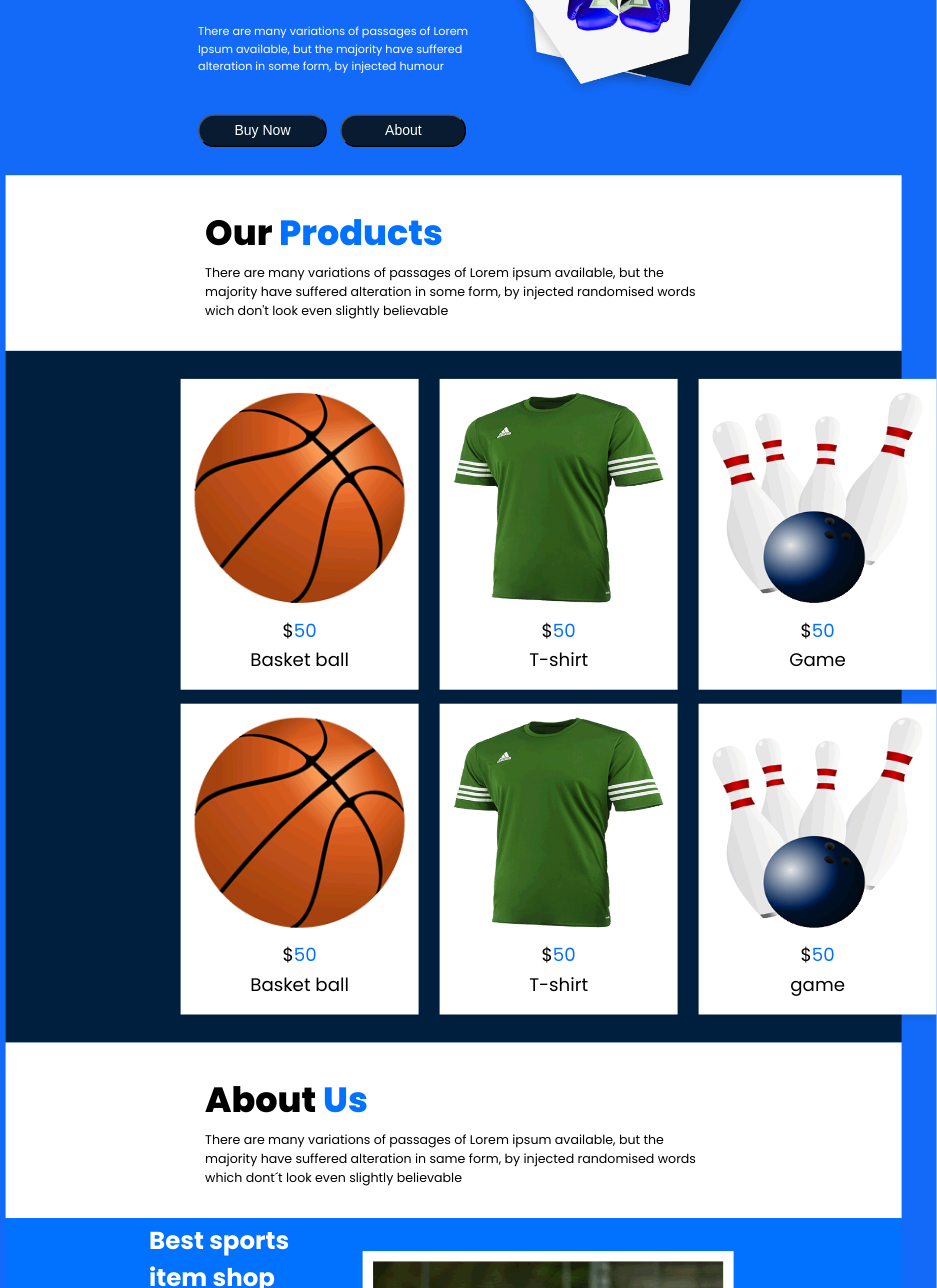
Repository: Vinicius9922/Projeto-Web
Page: index.html
These files come from the project's save history. The page is drawn as it stood at one moment and after the next save; the edit follows.
The browser window is 1280 px wide. The page is 1338 px wide, so the pictures cover 1338 px, including what lies to the right of the window. The pictures show the part of the page from y = 386 to 2226 px (the page is 4885 px tall before and 4778 px after), at 70% of full size.

Above is the page before, as saved 2024-12-14 13:33:18.

### index.html
<!DOCTYPE html>
<html>

<head>
    <meta charset="UTF-8">
    <meta name="viewport" content="width=device-width, initial-scale=1.0">
    <link rel="stylesheet" href="index.css">
    <link rel="preconnect" href="https://fonts.googleapis.com">
    <link rel="preconnect" href="https://fonts.gstatic.com" crossorigin>
    <link
        href="https://fonts.googleapis.com/css2?family=Lora:ital,wght@0,400..700;1,400..700&family=Poppins:ital,wght@0,100;0,200;0,300;0,400;0,500;0,600;0,700;0,800;0,900;1,100;1,200;1,300;1,400;1,500;1,600;1,700;1,800;1,900&display=swap"
        rel="stylesheet">
    <title>Index</title>
</head>

<body class="main-layout">
    <header>
        <div class="header">
            <div class="container">
                <div class="logo"><img src="img/logo.png" alt="logo"></div>
                <div class="navBar">
                    <nav>
                        <ul class="menuNav">
                            <li>HOME</li>
                            <li>ABOUT</li>
                            <li>TESTMONIAL</li>
                            <li>SHOP</li>
                            <li>CONTACT US</li>
                            <li><img id="lupa" src="img/search_icon.png"></li>
                        </ul>
                    </nav>
                </div>
            </div>
        </div>
    </header>
    <section>
        <div class="container">
            <div class="carroussel">
                <div class="textCarroussel">
                    <h1>Welcome to <strong class="color">Our Shop</strong></h1>
                    <p>There are many variations of passages of Lorem Ipsum available, but the majority have
                        suffered
                        alteration in some form, by injected humour</p>
                    <button class="botao-carrossel">Buy Now</button>
                    <button class="botao-carrossel">About</button>
                </div>
            </div>
            <div class="img-carroussel">
                <div>
                    <figure><img id="img-carroussel" src="img/boksing-gloves.png" alt="img" /></figure>
                </div>
            </div>
        </div>
    </section>

    <div class="parte branca">
        <h1>Our <span>Products</span></h1>
        <p>There are many variations of passages of Lorem ipsum available, but the majority have suffered alteration in
            some form, by injected randomised words wich don't look even slightly believable</p>
    </div>

    <div class="container3">

        <div class="imagem1">
            <img src="img/basketball.png" alt="bola">
            <p>$<span class="valor">50</span></p>
            <p class="p1">Basket ball</p>
        </div>
        <div class="imagem2">
            <img src="img/t-shirt.png" alt="camiseta">
            <p>$<span class="valor">50</span></p>
            <p class="p1">T-shirt</p>
        </div>
        <div class="imagem3">
            <img src="img/game.png" alt="game">
            <p>$<span class="valor">50</span></p>
            <p class="p1">Game</p>
        </div>
        <div class="imagem4">
            <img src="img/basketball.png" alt="bola">
            <p>$<span class="valor">50</span></p>
            <p class="p1">Basket ball</p>
        </div>
        <div class="imagem5">
            <img src="img/t-shirt.png" alt="camiseta">
            <p>$<span class="valor">50</span></p>
            <p class="p1">T-shirt</p>
        </div>
        <div class="imagem6">
            <img src="img/game.png" alt="game">
            <p>$<span class="valor">50</span></p>
            <p class="p1">game</p>
        </div>

    </div>
    <div class="branca2">
        <h1> About <span>Us</span></h1>
        <p>There are many variations of passages of Lorem ipsum available, but the majority have suffered alteration in
            same form, by injected randomised words which dont´t look even slightly believable</p>
    </div>

    <div class="shield">
        <div class="texto-shield">
            <h1 class="textobranco">Best sports item shop our</h1>
            <p class="p2">There are many variations of passages of Lorem Ipsum available, but the majority have suffered
                alteration in some form, by injected randomised words which don't look even slightly believableThere are
                many variations of passages of Lorem Ipsum available, but the majority have suffered alteration in some
                form, by injected randomised words which don't look even slightly believable</p>

            <div class="btn_main">
                <a class="botao" href="#" role="button">Read More</a>
            </div>
        </div>
        <div class="child">
            <figure><img src="img/child-image.png">
            </figure>
        </div>
    </div>

    <!-- aaaaaaaaaaaaaaaaaaaa -->
    <div class="testimonial-contato">
        <div class="testominal">
            <h2> Testmonial</h2>
            <span>available, but the majority have suffered alteration in some form, by
                injected randomised words which don't look even slightly believable</span>
        </div>

        <div class="Jao">
            <div class="john_image"><img src="img/john-image.png"></div>
            <div class="john_text"><span class="name">JOHN DUE</span><span class="role">(ceo)</span></div>
            <p class="texto-generico">It is a long established fact that a reader will be distracted by the readable
                content of a page when looking at its layout. The point of using Lorem Ipsum is that it has a
                more-or-less normal distribution of letters, asIt is a long established fact that a reader will be
                distracted by the readable content of a page when looking at its layout. The point of using Lorem Ipsum
                is that it has a more-or-less normal distribution of letters, as </p>
            <div class="icon_image"><img src="img/icon-1.png"></div>
        </div>

        <div class="Contato">
            <h2><span class="contact">Contact</span><span class="us"> Us</span></h2>
            <span class="contact-text">available, but the majority have suffered alteration in some form, by
                injected randomised words which don't look even slightly believable</span>
        </div>
    </div>


    <!-- aaaaaaaaaaaaaaaaaaaa -->



    <div class="container2">
        <div class="formulario">
            <div class="box-left">
                <div class="soc">soC</div>
            </div>
            <div class="box-right">
                <form>
                    <div class="grupo-form">
                        <input type="text" class="form" placeholder="Name" name="Name">
                    </div>
                    <div class="grupo-form">
                        <input type="email" class="form" placeholder="Email" name="Email">
                    </div>
                    <div class="grupo-form">
                        <input type="text" class="form" placeholder="Phone" name="Phone">
                    </div>
                    <div class="grupo-form">
                        <input type="text" class="form" placeholder="Massage" name="mensagem">
                    </div>
                    <div class="send-button">
                        <button type="submit" class="botao-env">Send</button>
                    </div>
                </form>
            </div>
        </div>
        <div class="box-down">
            <div class="text-news">
                <h2 class="Newsletter">Newsletter</h2>
                <p class="text-newsletter">It is a long established fact that a reader will be distracted a</p>
            </div>
            <div class="email-news">
                <input type="email" class="news-email" placeholder="Enter your email" name="Email">
            </div>
            <div class="Subscribe">
                <button class="subs-button" type="Subscribe">Subscribe</button>
            </div>
        </div>

        <div class="footer">
            <div>
                <div>
                    <div>
                        <div class="titulo">
                            <h2 class="titulo_texto">Address</h2>
                        </div>
                    </div>
                </div>
            </div>
            <div class="endereco">
                <div>
                    <div class="icones">
                        <div class="site_info">
                            <div class="img-icon">
                                <span class="info_icon"><img src="img/map-icon.png" /></span>
                            </div>
                            <span>No.123 Chalingt Gates, Supper market New York</span>
                        </div>
                    </div>
                    <div class="icones">
                        <div class="site_info">
                            <div class="img-icon">
                                <span class="info_icon"><img src="img/phone-icon.png" /></span>
                            </div>
                            <span>( +71 7986543234 )</span>
                        </div>
                    </div>
                    <div class="icones">
                        <div class="site_info">
                            <div class="img-icon">
                                <span class="info_icon"><img src="img/email-icon.png" /></span>
                            </div>
                            <span>demo@gmail.com</span>
                        </div>
                    </div>
                </div>
            </div>

            <div class="menu_main">
                <div class="menu_text">
                    <ul>
                        <li>Home</li>
                        <li>About</li>
                        <li>Testmonial</li>
                        <li>Shop</li>
                        <li>Contact Us</li>
                    </ul>
                </div>
            </div>
        </div>
        <div class="last-info">
            <div class="trademark">
                <p>© 2019 All Rights Reserved. Design by Free Html Templates</p>
            </div>
        </div>
    </div>

</body>

</html>

### index.css
@import url('https://fonts.googleapis.com/css2?family=Lora:ital,wght@0,400..700;1,400..700&family=Poppins:ital,wght@0,100;0,200;0,300;0,400;0,500;0,600;0,700;0,800;0,900;1,100;1,200;1,300;1,400;1,500;1,600;1,700;1,800;1,900&display=swap');

body {
    width: 100%;
    font-family: Poppins, normal;
    background-color: #136af8;
    background: linear-gradient(to bottom, #136af8 90%, #081b30 90%, #081b30 98%, #136af8 98% );
}

/* Ajustes da Navbar superior */
.container {
    display: flex;
    align-items: center;
    justify-content: space-between;
    margin: 40px 200px;
}

li:hover {
    text-decoration: underline;
    cursor: pointer;
    font-weight: bolder;
}

ul {
    color: white;
    list-style-type: none;
    display: flex;
    margin: 0;
    padding: 0;
    gap: 40px;
    font-weight: 500;
}

#lupa {
    margin-left: 20px;
}

.logo {
    margin-left: 60px;
}

/* Ajuste na imagem das luvas, botões e textos  */
section {
    display: flex;
}

.textCarroussel {
    text-align: left;
    margin-left: 60px;
    padding-left: 15px;
}

.textCarroussel p,
strong {
    color: white;
}

.color {
    font-weight: bolder;
}

.textCarroussel h1 {
    font-family: Poppins;
    font-weight: bold;
    font-size: 65px;
    line-height: 74px;
    color: #081b30;
}

.textCarroussel p {
    font-size: 16px;
}

button {
    min-width: 180px;
    color: white;
    background-color: #081b30;
    padding: 10px 50px;
    border-radius: 30px;
    display: inline-block;
    font-size: 20px;
    margin-top: 40px;
    cursor: pointer;
}

button:hover {
    background-color: #032b58;
}

button+button {
    margin-left: 15px;
}

#img-carroussel {
    max-width: 110%;
    height: auto;
    display: block;
}


.parte.branca {
    background-color: white;
    text-align: center;
    padding: 40px 280px;
}

.parte.branca h1 {
    font-size: 50px;
    color: black;
    text-align: left;
    font-weight: 800;
    margin: 5px;
}

.parte.branca h1 span {
    color: #0072ff;

}

.parte.branca p {
    font-size: 18px;
    margin-top: 10px;
    text-align: left;
    font-weight: 400;
    margin: 5px;
}

/* Grade de produtos */
.container3 {
    display: grid;
    grid-template-columns: repeat(3, 1fr);
    gap: 20px;
    column-gap: 30px;
    padding-left: 250px;
    padding-right: 250px;
    padding-top: 40px;
    padding-bottom: 40px;
    background-color: #001f3f;
}


.container3 div {
    text-align: center;
    background-color: white;
    padding: 20px;
    box-shadow: 0 5px 10px rgba(0, 0, 0, 0.1);
}

.container3 img {
    width: 300px;
    height: 300px;
    margin-bottom: 10px;
}

.container3 div .valor {
    margin: 5px 0;
    font-size: 26px;
    color: #0072ff
}

.container3 div p {
    font-size: 26px;
    color: black;
    margin: 3px;
}

/* Sessão "About Us" */
.branca2 {
    background-color: white;
    text-align: left;
    padding: 40px 280px;
}

.branca2 h1 {
    font-size: 50px;
    color: black;
    text-align: left;
    font-weight: 800;
    margin: 5px;
}

.branca2 h1 span {
    color: #0072ff;
}

.branca2 p {
    font-size: 18px;
    margin-top: 10px;
    text-align: left;
    font-weight: 400;
    margin: 5px;
}

/* Sessão "Best sports item shop our" */
.shield {
    display: flex;
    justify-content: space-between;
    align-items: center;
    background-color: #0072ff;
    color: white;
    padding-left: 200px;
    padding-right: 200px;
    gap: 20px;
}

.texto-shield {
    text-align: left;
}

.shield h1 {
    font-size: 35px;
    color: rgb(255, 255, 255);
    text-align: left;
    font-weight: 700;
    margin: 5px;
}

.shield .p2 {
    font-size: 16px;
    margin-top: 10px;
    text-align: left;
    font-weight: 300;
    margin-bottom: 50px;
}

.btn_main .botao {
    text-decoration: none;
    background-color: black;
    color: white;
    padding: 10px 20px;
    border-radius: 30px;
    font-size: 17px;
    transition: 0.5s ease, color 0.4s ease 0.1s;
}

.botao:hover {
    background-color: #fbfbfb;
    color: black;
}

.child {
    margin: 0px;
}

.child img {
    height: 500px;
    width: 500px;
    display: flex;
    border: 15px solid #fff;
}

/* aaaaaaaaaaaaaaaaaaaaaaaaaaaaa */



.testimonial-contato {
    background-color: white;
    text-align: center;
    padding: 40px 280px;
 }


.testimonial {
    text-align: center;
    padding: 50px;
    color: white;
    width: 100%;
    border-radius: 10px;
    margin-bottom: 30px;
}

.testominal h2 {
    font-size:2.5em;
    margin-bottom: 20px;

}

.testimonial span {
    font-size: 1.2em;
    color: #f0f0f0;
}

.Jao {
    display: flex;
    flex-direction: column;
    align-items: center;
    margin-top: 30px;
    background-color: #136af8; /* Blue background */
    padding: 30px;
    box-shadow: 0px 8px 20px rgba(0, 0, 0, 0.2);
    color: white;
    width: 100%;
    margin-bottom: 30px;
}

.john_image img {
    width: 180px;
    height: 180px;
    border-radius: 50%;
    margin-bottom: 20px;
}

.john_text .name {
    font-size: 1.5em;
    color:black;
    font-weight: 500;
}

.john_text .role {
    font-style: italic;
    font-size: 1.0em;
    display:block;
}

.texto-generico {
    font-size: 0.9em;
    color: #fff;
    text-align: center;
    font-style: italic;
    margin-top: 20px;
}

.icon_image img {
    width: 35px;
    height: 35px;
    margin-top: 20px;
}

.Contato {
    text-align: center;
    padding: 30px;
    width: 100%;
    border-radius: 10px;
}

.Contato .contact {
    font-size: 2.5em;
    margin-bottom: 20px;
    font-weight: 700;
}

.Contato .us {
    font-size: 2.5em;
    margin-bottom: 20px;
    color:#0072ff;
    font-weight: 700;
}

.Contato .contact-text {
    font-size: 1.0em;
}












.container2 {
    display: flex;
    align-items: center;
    justify-content: space-between;
    margin: 30px 100px;
    flex-direction: column;
}

.formulario {
    flex: auto;
    display: flex;
    justify-content: space-between;
    align-items: center;
    border-radius: 10px;
    padding: 40px;
    justify-content: center;
    gap: 40px;
    background-image: url('img/contact-banner.png');
}

.grupo-form {
    width: 100%;
    padding: 15px;
    margin-bottom: 10px;
    border-bottom: 1px solid #ccc;
}

form {
    display: flex;
    flex-direction: column;
    align-items: center;
    width: 460px;
    height: 360px;
}

.form {
    border: none;
    width: 100px;
    margin: 0px;
}

.box-left {
    background-color: #081b30;
    color: white;
    text-align: center;
    font-family: apple;
    font-size: 180px;
    padding: 10% 10%;
    padding: 120px;
}

.box-right {
    height: auto;
    background-color: #f2f2f2;
    background-image: url('img/boll_bg.png');
    padding: 40px 30px;
}

.box-left,
.box-right {
    width: 50%;
}

input {
    border: none;
    outline: none;
    width: 100%;
}

input,
textarea {
    font-family: Poppins, normal;
    color: #a4a0a0;
    width: 100%;
}

.box-down {
    display: flex;
    align-items: row;
    background-color: #081b30;
    color: white;
    width: 1150px;
    box-shadow: 5px 5px 10px 0 rgba(0, 0, 0, 0.9);
}

.text-news {
    display: flex;
    flex-direction: column;
    max-width: 300px;
    padding-left: 35px;
    font-size: 12px;
    padding: 35px;
}

.Newsletter {
    margin: 1px;
    font-size: 20px;
}

.text-newsletter {
    font-size: 15px;
}

.email-news {
    display: flex;
    align-items: center;
    height: 172px;
}

.Subscribe {
    display: flex;
    align-items: center;
    height: 132px;
}

.news-email {
    padding: 9px;
    font-size: 14px;
    border: 1px solid #ccc;
    border-radius: 25px 0 0 25px;
    width: 500px;
    height: 41px;
    box-sizing: border-box;
}

.subs-button {
    font-size: 18px;
    color: white;
    background-color: #007BFF;
    border: none;
    border-radius: 0 25px 25px 0;
    cursor: pointer;
    height: 42px;

}

.subs-button:hover {
    background-color: #0056b3;
}


.footer{
    font-size: 18px;
    margin-top: 10px;
    text-align: center;
    font-weight: 400;
    margin: 5px;
}

.titulo_texto{
    color:white;
    text-decoration-line: underline;
    text-decoration-color: #0056b3;
    text-underline-offset: 20px;
    font-weight:400;
}

.endereco > div {
    display: flex;
    gap: 100px;
    align-items: center;
}

.icones {
    display: flex;
    align-items: center;
    gap: 10px;
    color:white;
}

.info_icon img {
    width: auto;
    height: auto;
    background-color:white;
    border-radius: 10px;
    padding: 20px;
    display: block;
}

.site_info {
    display: flex;
    align-items: center;
}

.site_info span {
    line-height: 1.2;
    font-size: 16px;

}
.img-icon {
    display: flex;
    align-items: center;
    justify-content: center;
    width: 50px;
    height: 50px;
    background-color: white;
    border-radius: 10px;
    margin:30px;
}

.menu_text ul{
    font-size: 14px;
    text-align: center;
    padding:0px 00px 0px 350px;
    align-items:center;
    margin-bottom: 15px;

}

.menu_text li:hover{
    color:#0072ff;
    cursor: pointer;
    text-decoration:none;
    transition: 0.5s ease, color 0.4s ease 0.1s;
}
.trademark{
   color:white;
   align-items:center;
   margin-top: 15px;
}

After the next save:
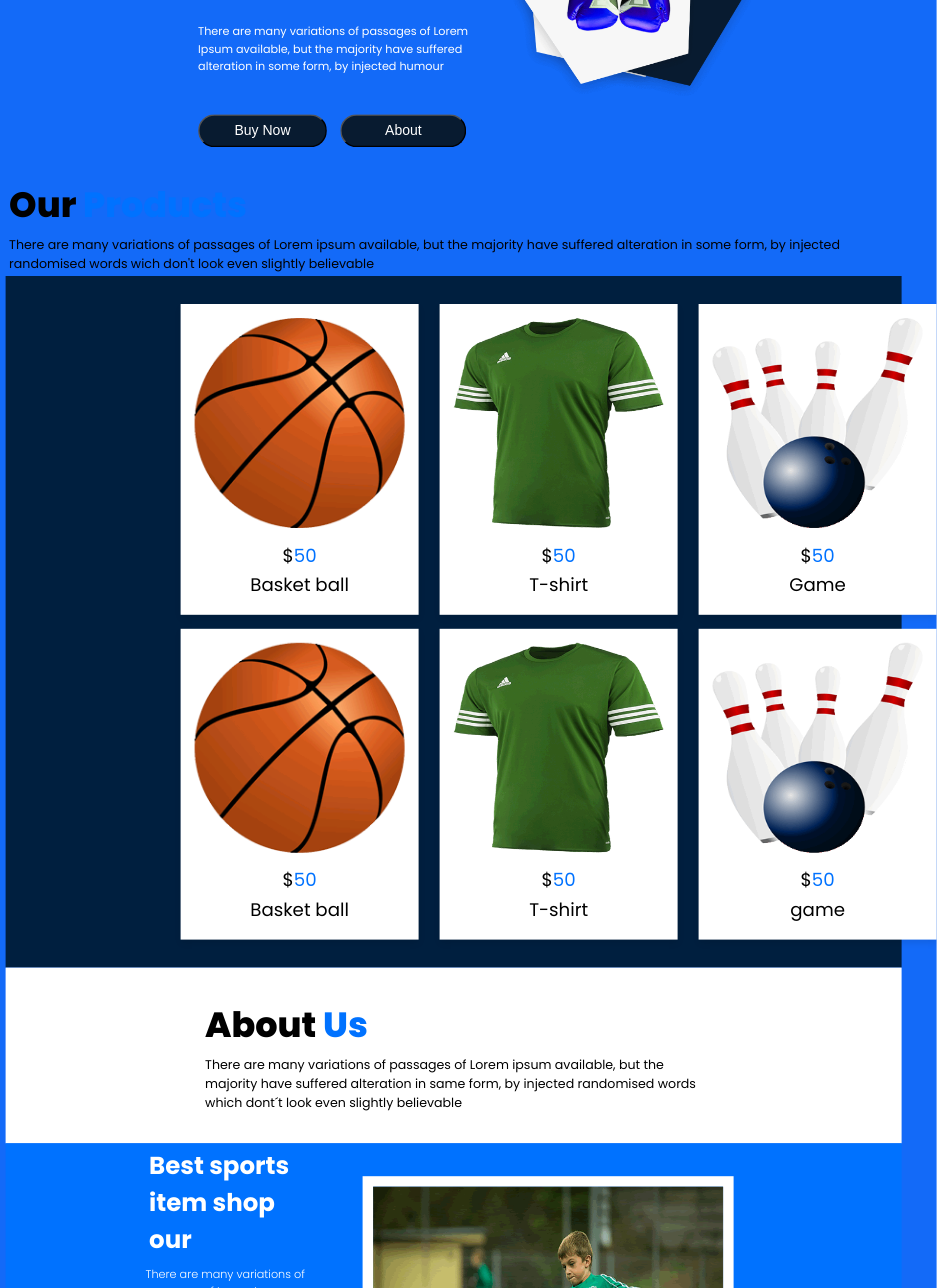
Saved 29 s later.
--- a/index.css
+++ b/index.css
@@ -97,7 +97,7 @@
     display: block;
 }
 
-
+Ajuste
 .parte.branca {
     background-color: white;
     text-align: center;

After the 4 saves that followed:
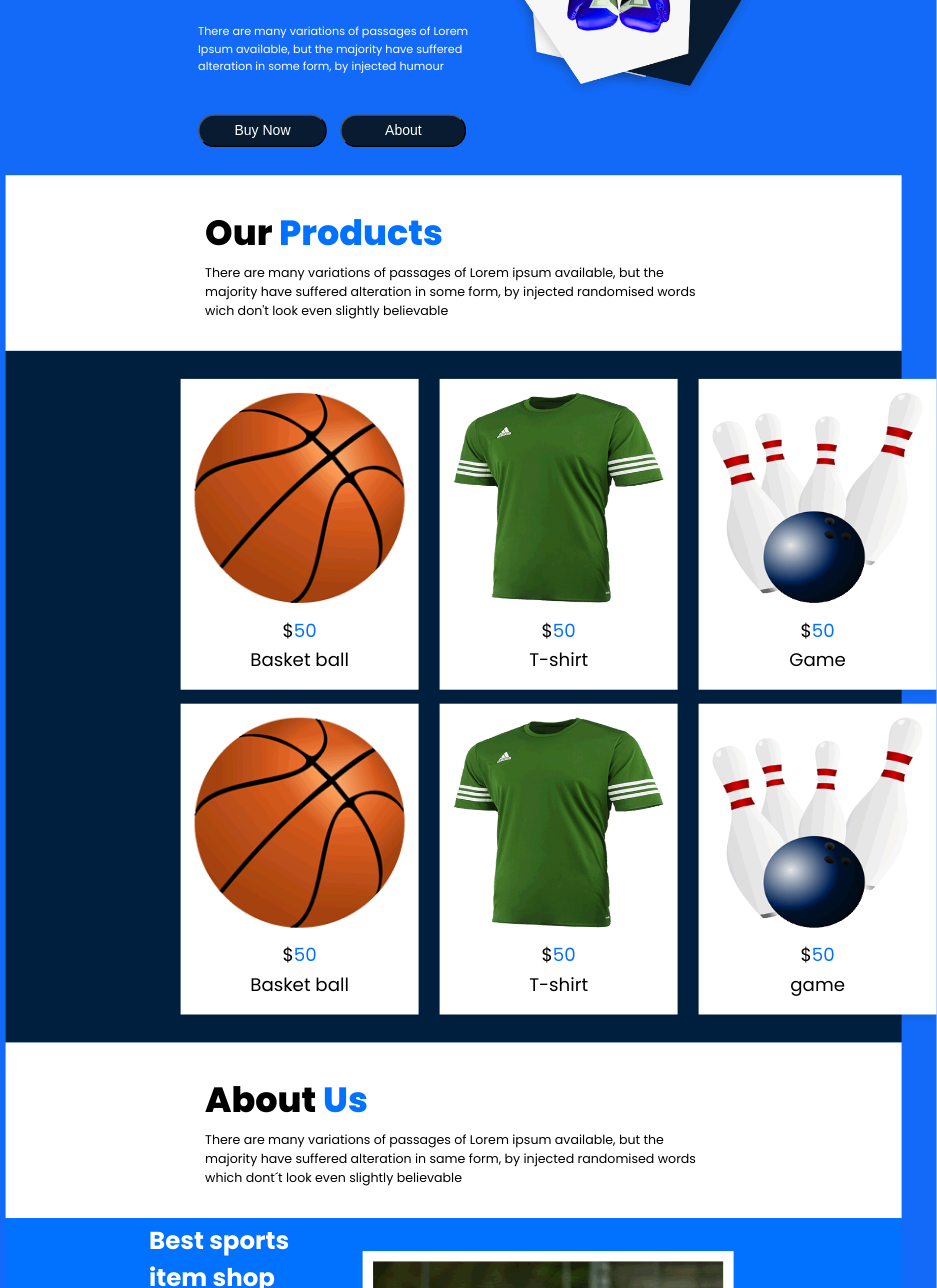
The 4 saves are shown as one change because 2 left the picture as it was and some came seconds apart.
The last was saved 19 s later.
--- a/index.css
+++ b/index.css
@@ -97,7 +97,7 @@
     display: block;
 }
 
-Ajuste
+/* Ajuste na descrição dos produtos (fundo branco) */
 .parte.branca {
     background-color: white;
     text-align: center;
